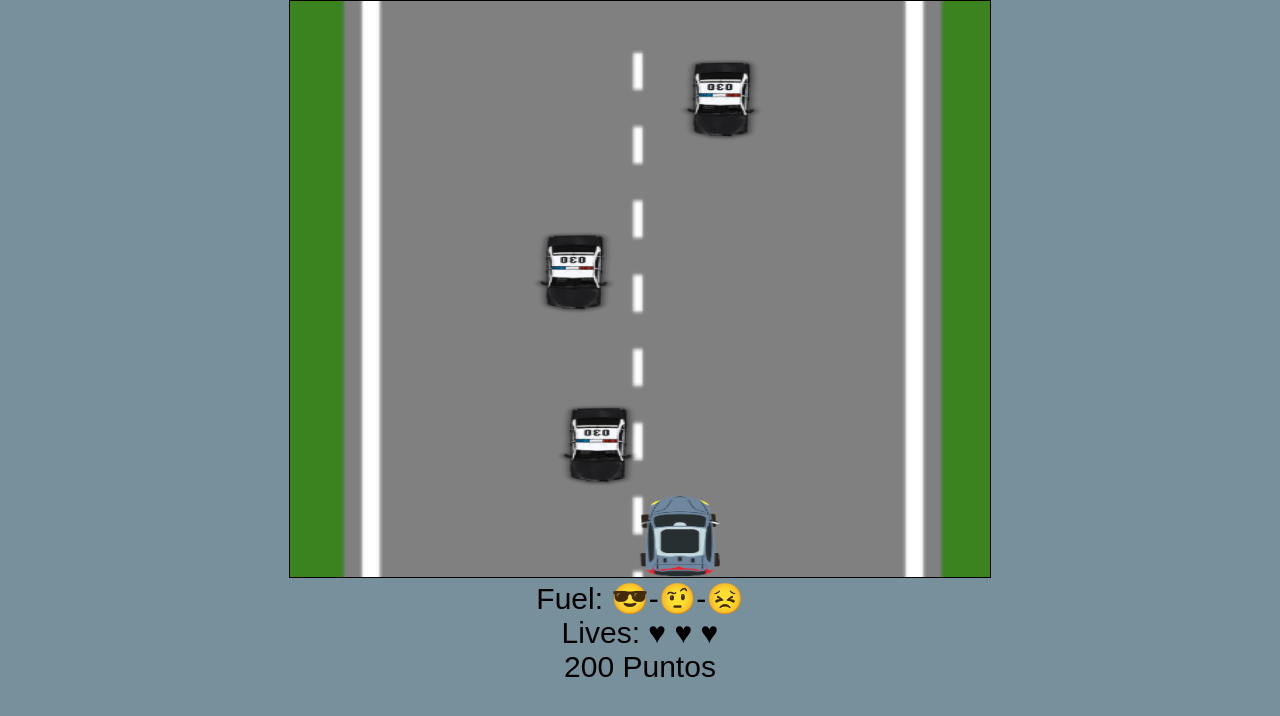
Repository: ChristianGecchelin/ironCarGame
Page: canvas.html
An editor plug-in stored every save of this project. The page is shown before and after the next save, followed by the edit.
The browser window is 1280 px wide. The pictures show the whole page.

Above is the page before, as saved 2022-06-15 13:24:46.

### canvas.html
<!DOCTYPE html>
<html lang="en">
  <head>
    <meta charset="UTF-8" />
    <meta http-equiv="X-UA-Compatible" content="IE=edge" />
    <meta name="viewport" content="width=device-width, initial-scale=1.0" />
    <title>Canvas</title>
    <link rel="stylesheet" href="./styles/style.css" />
  </head>
  <body>
    <div class="flex">
      <canvas id="canvas" height="700" width="500"> </canvas>
      <div class="info"></div>
    </div>
    <script src="./src/sonidos.js"></script>
    <script src="./src/coche.js"></script>
    <script src="./src/info.js"></script>
    <script src="./src/index.js"></script>
  </body>
</html>

### styles/style.css
* {
  padding: 0;
  margin: 0;
  text-align: center;
  font-family: sans-serif;
}
body {
  background-color: #78909c;
}
.game-intro {
  display: flex;
  flex-direction: column;
  justify-content: center;
  align-items: center;
  padding: 0% 10%;
  height: 100vh;
}
.flex {
  display: flex;
  flex-direction: column;
  justify-content: center;
  align-items: center;
}
canvas {
  height: 80vh;
  width: 700px;
  background-image: url("../images/road.png");
  background-size: cover;
  background-repeat: no-repeat;
}
.info {
  display: flex;
  flex-direction: column;
  align-items: center;
  justify-content: center;
  height: 15vh;
  width: 700px;
}
.information {
  width: 100%;
  font-size: 30px;
  margin: 0;
}

.game-intro p {
  font-size: 18px;
  font-family: "Verdana";
}

.logo-img {
  width: 350px;
}

.arrows-img {
  width: 150px;
}

body button {
  font-size: 30px;
  background-color: #c42830;
  color: #fff;
  padding: 20px 40px;
  border: 0;
  box-shadow: 0;
  border-radius: 5px;
  cursor: pointer;
  margin-bottom: 20px;
}

.button {
  font-size: 30px;
  background-color: #870007;
  color: #fff;
  padding: 20px 40px;
  border: 0;
  box-shadow: 0;
  border-radius: 5px;
  cursor: pointer;
  margin-bottom: 20px;
}

#game-board {
  float: left;
  padding: 20px 0px;
  display: flex;
  flex-direction: column;
  justify-content: center;
}

#endScreen {
  font-family: Verdana, Geneva, Tahoma, sans-serif;
  width: 500px;
  background-color: white;
  border: 1px solid black;
}

#canvas {
  border: 1px solid black;
}

#endScreen {
  position: absolute;
}

.redText {
  color: red;
  font-weight: bolder;
}
#placeHolderImg {
  width: 500px;
  height: 700px;
  position: absolute;
  display: none;
  background-image: url("./../images/road2.png");
  background-repeat: no-repeat;
  background-size: 500px 700px;
}

.divInstructions {
  margin: 0 auto;
  width: 50%;
  border: 1px solid black;
  margin-bottom: 20px;
  padding: 20px 20px;
}

/* Class preventing pointer events while moving the car */
.noPointers {
  pointer-events: none;
  -webkit-user-select: none;
  -moz-user-select: none;
  -ms-user-select: none;
  user-select: none;
}

### src/sonidos.js
detenerSonido = () => {
  mainSound.paused();
};

### src/coche.js
class Objeto {
  constructor(x, y, ancho, alto, imagen, ctx) {
    this.x = x;
    this.y = y;
    this.ancho = ancho;
    this.alto = alto;
    this.imagen = imagen;
    this.ctx = ctx;
    this.step = 7;
    this.points = 0;
    this.lives = 3;
  }

  dibujar() {
    ctx.drawImage(this.imagen, this.x, this.y, this.ancho, this.alto);
  }

  borrar() {
    ctx.clearRect(this.x, this.y, this.ancho, this.alto);
  }
  detectarColision(objeto) {
    if (
      this.x < objeto.x + objeto.ancho &&
      this.x + this.ancho > objeto.x &&
      this.y < objeto.y + objeto.alto &&
      this.alto + this.y > objeto.y
    ) {
      const enemyIndex = enemies.indexOf(objeto);
      enemies.splice(enemyIndex, 1);
      objeto.borrar();

      if (this.lives > 1) {
        this.lives--;
        if (this.lives === 3) {
          lives.innerText = `Lives: ♥ ♥ ♥`;
        } else if (this.lives === 2) {
          lives.innerText = `Lives: ♥ ♥`;
        } else {
          lives.innerText = `Lives: ♥`;
        }
      } else {
        detenerSonido = () => {
          mainSound.paused();
        };
        alert("CuloRoto");
      }
    } else if (objeto.y > 600) {
      const enemyIndex = enemies.indexOf(objeto);
      enemies.splice(enemyIndex, 1);
      objeto.borrar();
    }
  }
}

/* class Player extends Objeto {
  constructor(x, y, ancho, alto, imagen, ctx, lives, fuel) {
    super(x, y, ancho, alto, imagen, ctx);
    this.step = Objeto.step + 2;
    this.lives = lives;
    this.fuel = fuel;
  }
  dibujar() {
    ctx.globalCompositeOperation = "source-over";
    ctx.drawImage(this.imagen, this.x, this.y, this.ancho, this.alto);
  }
} */
/* class BossEnemy {
  constructor(x, y, ancho, alto, imagen, ctx) {
    super(x, y, ancho, alto, imagen, ctx);
  }
  movimiento() {
    this.borrar();
    this.x = this.x - this.step;
    this.dibujar();
    this.borrar();
    this.x = this.x + this.step;
    this.dibujar();
  }
} */

### src/info.js
let points = 0;
let info = document.querySelector(".info");
let fuel = document.createElement("p");
fuel.setAttribute("class", "information");
info.appendChild(fuel);
let lives = document.createElement("p");
lives.setAttribute("class", "information");
info.appendChild(lives);
let puntuacion = document.createElement("p");
puntuacion.setAttribute("class", "information");
info.appendChild(puntuacion);
fuel.innerText = "Fuel: 😎-🤨-😣";
lives.innerText = `Lives: ♥ ♥ ♥`;
puntuacion.innerText = `${points} Puntos`;

### src/index.js
const canvas = document.querySelector("#canvas");
const ctx = canvas.getContext("2d");
let enemies = [];

let cochePlayer = new Image();
cochePlayer.src = "./images/car.png";

const player = new Objeto(250, 600, 60, 100, cochePlayer, ctx);

let enemyImage = new Image();
enemyImage.src = "./images/car2.png";

const jugar = () => {
  for (let enemy of enemies) {
    enemy.borrar();
    enemy.y += enemy.step;
    enemy.dibujar();
    player.detectarColision(enemy);
  }
};

const createEnemies = () => {
  const enemy = new Objeto(
    Math.floor(Math.random() * (400 - 50) + 50),
    0,
    60,
    100,
    enemyImage,
    ctx
  );
  enemies.push(enemy);
  console.log(enemies);
};

const sumarPuntos = () => {
  player.points += 100;
  puntuacion.innerText = `${player.points} Puntos`;
};

const cargaInicial = () => {
  player.dibujar();
  setInterval(jugar, 50);
  setInterval(createEnemies, 1500);
  setInterval(sumarPuntos, 2000);
  inicioCarrera();
};

let mainSound = new Audio("./audios/carrera.mp3");
mainSound.volume = 0.3;
mainSound.duration = 30;

inicioCarrera = () => {
  mainSound.play();
};

const moverPlayer = (e) => {
  player.borrar();
  if (e.key === "ArrowLeft" && player.x > 50) {
    player.x -= player.step;
  }
  if (e.key === "ArrowRight" && player.x < 400) {
    player.x += player.step;
  }
  if (e.key === "ArrowUp" && player.y > 0) {
    player.y -= player.step;
  }
  if (e.key === "ArrowDown" && player.y < 600) {
    player.y += player.step;
  }
  player.dibujar();
};

window.addEventListener("load", cargaInicial);
document.addEventListener("keydown", moverPlayer);

After the next save:
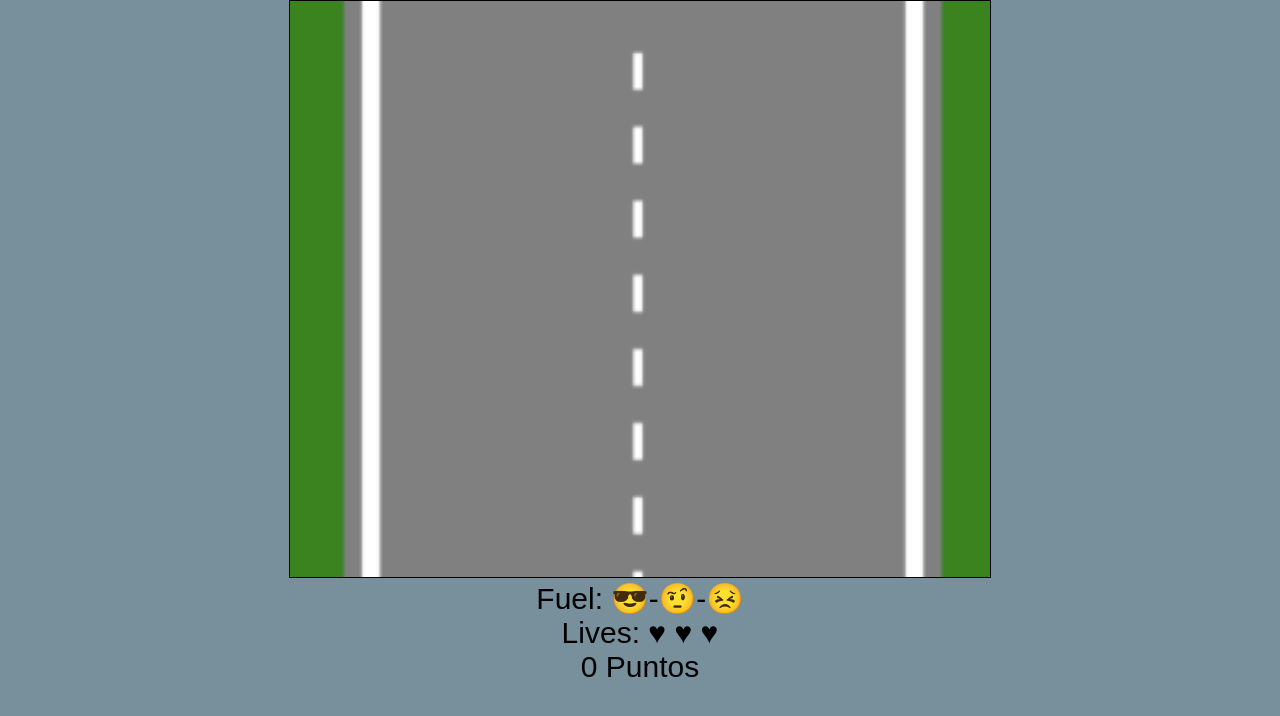
Console error: SyntaxError: Identifier 'mainSound' has already been declared
Saved 15 s later.
--- a/src/sonidos.js
+++ b/src/sonidos.js
@@ -1,3 +1,10 @@
+let mainSound = new Audio("./audios/carrera.mp3");
+mainSound.volume = 0.3;
+mainSound.duration = 30;
+
+inicioCarrera = () => {
+  mainSound.play();
+};
 detenerSonido = () => {
   mainSound.paused();
 };

After the save that followed:
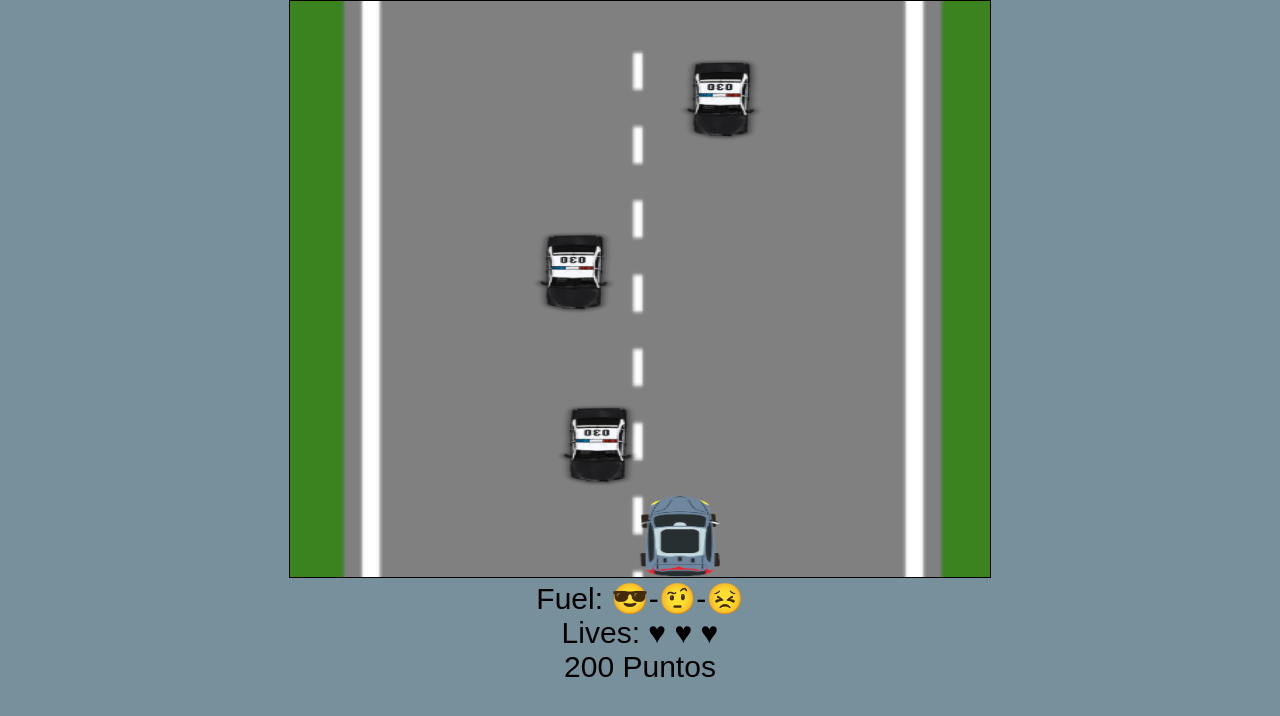
The error is gone.
Saved 13 s later.
--- a/src/index.js
+++ b/src/index.js
@@ -45,14 +45,6 @@ const cargaInicial = () => {
   inicioCarrera();
 };
 
-let mainSound = new Audio("./audios/carrera.mp3");
-mainSound.volume = 0.3;
-mainSound.duration = 30;
-
-inicioCarrera = () => {
-  mainSound.play();
-};
-
 const moverPlayer = (e) => {
   player.borrar();
   if (e.key === "ArrowLeft" && player.x > 50) {
